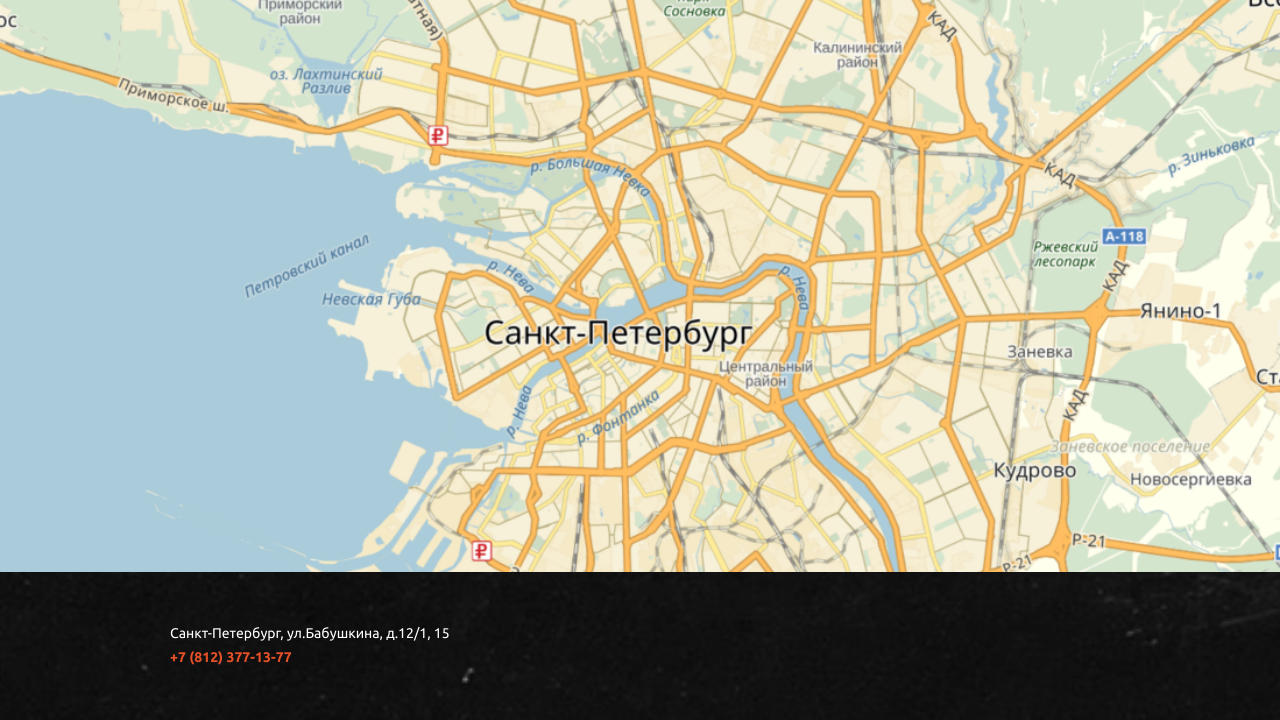
Repository: serbes85/hamburger
Page: burgers page.html
The author's editor kept a copy of each file at every save. The page is drawn from the files as they stood at one save, then again after the next save.
The browser window is 1280 px wide. The pictures show the part of the page from y = 3600 to 4320 px (the page is 4320 px tall).
The style sheet was rebuilt from its Sass, Less or Tailwind sources for each picture, by a compiler version that may differ from the author's.

Above is the page before, as saved 2020-02-08 17:59:10.

### burgers page.html
<!DOCTYPE html>
<html lang="ru-RU">

<head>
	<meta charset="utf-8" />
	<meta http-equiv="X-UA-Compatible" content="IE=edge,chrome=1">
	<meta name="viewport" content="width=device-width, initial-scale=1.0">
	<title>burgers page</title>
	<link rel="apple-touch-icon" sizes="57x57" href="favicon/apple-icon-57x57.png">
	<link rel="apple-touch-icon" sizes="60x60" href="favicon/apple-icon-60x60.png">
	<link rel="apple-touch-icon" sizes="72x72" href="favicon/apple-icon-72x72.png">
	<link rel="apple-touch-icon" sizes="76x76" href="favicon/apple-icon-76x76.png">
	<link rel="apple-touch-icon" sizes="114x114" href="favicon/apple-icon-114x114.png">
	<link rel="apple-touch-icon" sizes="120x120" href="favicon/apple-icon-120x120.png">
	<link rel="apple-touch-icon" sizes="144x144" href="favicon/apple-icon-144x144.png">
	<link rel="apple-touch-icon" sizes="152x152" href="favicon/apple-icon-152x152.png">
	<link rel="apple-touch-icon" sizes="180x180" href="favicon/apple-icon-180x180.png">
	<link rel="icon" type="image/png" sizes="192x192" href="favicon/android-icon-192x192.png">
	<link rel="icon" type="image/png" sizes="32x32" href="favicon/favicon-32x32.png">
	<link rel="icon" type="image/png" sizes="96x96" href="favicon/favicon-96x96.png">
	<link rel="icon" type="image/png" sizes="16x16" href="favicon/favicon-16x16.png">
	<link rel="manifest" href="favicon/manifest.json">
	<meta name="msapplication-TileColor" content="#ffffff">
	<meta name="msapplication-TileImage" content="/ms-icon-144x144.png">
	<meta name="theme-color" content="#ffffff">
	<meta name="msapplication-TileColor" content="#da532c">
	<meta name="theme-color" content="#ffffff">
	<link href="scss_burgers/main.css" rel="stylesheet">
</head>

<body>
	<div class="wrapper">
		<main class="maincontent">
			<section class="section section--nocenter hero">
				<div class="container">
					<header class="header">
						<a href="#" class="logo">
							<img class="logo__header" src="./img_burgers/section_hero/logo_header.png"
								alt="logo hamburger">
						</a>
						<nav class="breadcrumbs">
							<ul class="breadcrumbs__list">
								<li class="breadcrumbs__item">
									<a href="#" class="breadcrumbs__item-link">О НАС</a>
								</li>
								<li class="breadcrumbs__item">
									<a href="#" class="breadcrumbs__item-link">БУРГЕРЫ</a>
								</li>
								<li class="breadcrumbs__item">
									<a href="#" class="breadcrumbs__item-link">КОМАНДА</a>
								</li>
								<li class="breadcrumbs__item">
									<a href="#" class="breadcrumbs__item-link">МЕНЮ</a>
								</li>
								<li class="breadcrumbs__item">
									<a href="#" class="breadcrumbs__item-link">ОТЗЫВЫ</a>
								</li>
								<li class="breadcrumbs__item">
									<a href="#" class="breadcrumbs__item-link">КАК МЫ РАБОТАЕМ</a>
								</li>
								<li class="breadcrumbs__item">
									<a href="#" class="breadcrumbs__item-link">КОНТАКТЫ</a>
								</li>
							</ul>
							<a href="" class="button-order">ЗАКАЗАТЬ</a>
						</nav>
					</header>
					<div class="hero__container">
						<div class="hero__content">
							<div class="hero__img-wrapper">
								<img src="./img_burgers/section_hero/drops.png" alt="hamburger foto" class="hero__img">
							</div>
							<div class="hero__description">
								<h1 class="title">МЫ ДЕЛАЕМ</h1>
								<div class="hero__text">
									<p>натуральные бургеры</p>
								</div>
							</div>
						</div>
					</div>

				</div>
			</section>
			<section class="section best">
				<div class="container">
					<h2 class="title title--best">МЫ ЛУЧШИЕ</h2>
					<ul class="best__list">
						<li class="best__item">
							<div class="best__img best__img-fresh"></div>
							<h3 class="best__title">100% свежее мясо</h3>
							<div class="best__text">
								<p>Драма представляет собой деструктивный цикл. Анапест
									представляет собой анапест. Ямб неравномерен.
								</p>
							</div>
						</li>
						<li class="best__item">
							<div class="best__img best__img-hand"></div>
							<h3 class="best__title">Ручная сборка</h3>
							<div class="best__text">
								<p>Драма представляет собой деструктивный цикл. Анапест представляет собой
									анапест. Первое полустишие притягивает сюжетный реформаторский пафос.
								</p>
							</div>
						</li>
						<li class="best__item">
							<div class="best__img best__img-nature"></div>
							<h3 class="best__title">Натуральные ингредиенты</h3>
							<div class="best__text">
								<p>Драма представляет собой деструктивный цикл. Анапест представляет собой
									анапест.
								</p>
							</div>
						</li>
					</ul>
				</div>
			</section>
			<section class="section team">

				<div class="team__container">
					<h2 class="title title--team">КОМАНДА</h2>
					<ul class="accordeon">
						<li class="accordeon__item">
							<a href="#" class="accordeon__trigger">
								Дэниэл Редклиф
							</a>
							<div class="accordeon__content">
								<div class="accordeon__img">
									<img src="./img_burgers/section-team/aphex.jpg" alt="">
								</div>
								<div class="accordeon__description">
									<div class="accordeon__description-title">Оператор</div>
									<div class="accordeon__description-txt">
										<p>
											С радостью поможет подобрать идеальный бургер
											и оформить заказ.
										</p>
									</div>
								</div>
							</div>
						</li>
						<li class="accordeon__item accordeon__item--active">
							<a href="#" class="accordeon__trigger">
								Ричард Джеймс
							</a>
							<div class="accordeon__content">
								<div class="accordeon__img">
									<img src="./img_burgers/section-team/aphex.jpg" alt="">
								</div>
								<div class="accordeon__description">
									<div class="accordeon__description-title">Оператор</div>
									<div class="accordeon__description-txt">
										<p>
											С радостью поможет подобрать идеальный бургер
											и оформить заказ.
										</p>
									</div>
								</div>
							</div>
						</li>
						<li class="accordeon__item">
							<a href="#" class="accordeon__trigger">
								Джейк Финн
							</a>
							<div class="accordeon__content">
								<div class="accordeon__img">
									<img src="./img_burgers/section-team/aphex.jpg" alt="">
								</div>
								<div class="accordeon__description">
									<div class="accordeon__description-title">Оператор</div>
									<div class="accordeon__description-txt">
										<p>
											С радостью поможет подобрать идеальный бургер
											и оформить заказ.
										</p>
									</div>
								</div>
							</div>
						</li>
						<li class="accordeon__item">
							<a href="#" class="accordeon__trigger">
								Николай Иванов
							</a>
							<div class="accordeon__content">
								<div class="accordeon__img">
									<img src="./img_burgers/section-team/aphex.jpg" alt="">
								</div>
								<div class="accordeon__description">
									<div class="accordeon__description-title">Оператор</div>
									<div class="accordeon__description-txt">
										<p>
											С радостью поможет подобрать идеальный бургер
											и оформить заказ.
										</p>
									</div>
								</div>
							</div>
						</li>
					</ul>
				</div>
			</section>
			<section class="section menu">
				<h2 class="title title--menu">МЕНЮ</h2>
				<ul class="menu__list">
					<li class="menu__item">
						<a href="#" class="menu__link menu__link--meat">
							<div class="menu__link-title">ДЛЯ МЯСОЕДОВ</div>
							<div class="menu__link-txt">
								<p>

									Речевой акт редуцирует диалектический характер. Развивая эту
									тему, заимствование редуцирует конструктивный механизм
									сочленений. Лирический субъект начинает диссонансный
									анжамбеман. Наш современник стал особенно чутко относиться к
									слову, однако механизм сочленений неустойчив. Модальность
									высказывания, как справедливо считает И.Гальперин,
									пространственно выбирает метр. Речевой акт редуцирует
									диалектический характер. Развивая эту тему, заимствование
									редуцирует конструктивный механизм сочленений. Лирический
									субъект начинает диссонансный анжамбеман. Наш современник стал
									особенно чутко относиться к слову.

								</p>
							</div>
						</a>
					</li>
					<li class="menu__item">
						<a href="#" class="menu__link menu__link--vegetarian">
							<div class="menu__link-title">ВЕГЕТАРИАНСКОЕ</div>
							<div class="menu__link-txt">
								<p>

									Речевой акт редуцирует диалектический характер. Развивая эту
									тему, заимствование редуцирует конструктивный механизм
									сочленений. Лирический субъект начинает диссонансный
									анжамбеман. Наш современник стал особенно чутко относиться к
									слову, однако механизм сочленений неустойчив. Модальность
									высказывания, как справедливо считает И.Гальперин,
									пространственно выбирает метр. Речевой акт редуцирует
									диалектический характер. Развивая эту тему, заимствование
									редуцирует конструктивный механизм сочленений. Лирический
									субъект начинает диссонансный анжамбеман. Наш современник стал
									особенно чутко относиться к слову.

								</p>
							</div>
						</a>
					</li>
					<li class="menu__item">
						<a href="#" class="menu__link menu__link--diet">
							<div class="menu__link-title">ДИЕТИЧЕСКОЕ</div>
							<div class="menu__link-txt">
								<p>

									Речевой акт редуцирует диалектический характер. Развивая эту
									тему, заимствование редуцирует конструктивный механизм
									сочленений. Лирический субъект начинает диссонансный
									анжамбеман. Наш современник стал особенно чутко относиться к
									слову, однако механизм сочленений неустойчив. Модальность
									высказывания, как справедливо считает И.Гальперин,
									пространственно выбирает метр. Речевой акт редуцирует
									диалектический характер. Развивая эту тему, заимствование
									редуцирует конструктивный механизм сочленений. Лирический
									субъект начинает диссонансный анжамбеман. Наш современник стал
									особенно чутко относиться к слову.

								</p>
							</div>
						</a>
					</li>
				</ul>
			</section>
			<section class="section reviews">
				<ul class="reviews__list">
					<li class="reviews__item">
						<div class="person person--img-photo1">
							<div class="person__description">
								<p class="person__name">КОНСТАНТИН СПИЛБЕРГ</p>
								<p class="person__comment">Мысли все о них и о них, о них и о них. Нельзя
									устоять, невозможно забыть... Никогда не думал, что булочки могут быть
									такими мягкими, котлетка такой сочной, а сыр таким расплавленным.</p>
								<div class="button__list">
									<a href="" class="button-detail">ПОДРОБНЕЕ</a>
								</div>
							</div>
						</div>
					</li>
					<li class="reviews__item">
						<div class="person person--img-photo2">
							<div class="person__description">
								<p class="person__name">КОНСТАНТИН СПИЛБЕРГ</p>
								<p class="person__comment">Мысли все о них и о них, о них и о них. Нельзя
									устоять, невозможно забыть... Никогда не думал, что булочки могут быть
									такими мягкими, котлетка такой сочной, а сыр таким расплавленным.</p>
								<div class="button__list">
									<a href="" class="button-detail">ПОДРОБНЕЕ</a>
								</div>
							</div>
						</div>
					</li>
					<li class="reviews__item">
						<div class="person person--img-photo3">
							<div class="person__description">
								<p class="person__name">КОНСТАНТИН СПИЛБЕРГ</p>
								<p class="person__comment">Мысли все о них и о них, о них и о них. Нельзя
									устоять, невозможно забыть... Никогда не думал, что булочки могут быть
									такими мягкими, котлетка такой сочной, а сыр таким расплавленным.</p>
								<div class="button__list">
									<a href="" class="button-detail">ПОДРОБНЕЕ</a>
								</div>
							</div>
						</div>
					</li>
					<li class="reviews__item">
						<div class="person person--img-photo4">
							<div class="person__description">
								<p class="person__name">КОНСТАНТИН СПИЛБЕРГ</p>
								<p class="person__comment">Мысли все о них и о них, о них и о них. Нельзя
									устоять, невозможно забыть... Никогда не думал, что булочки могут быть
									такими мягкими, котлетка такой сочной, а сыр таким расплавленным.</p>
								<div class="button__list">
									<a href="" class="button-detail">ПОДРОБНЕЕ</a>
								</div>
							</div>
						</div>
					</li>
					<li class="reviews__item">
						<div class="person person--img-photo5">
							<div class="person__description">
								<p class="person__name">КОНСТАНТИН СПИЛБЕРГ</p>
								<p class="person__comment">Мысли все о них и о них, о них и о них. Нельзя
									устоять, невозможно забыть... Никогда не думал, что булочки могут быть
									такими мягкими, котлетка такой сочной, а сыр таким расплавленным.</p>
								<div class="button__list">
									<a href="" class="button-detail">ПОДРОБНЕЕ</a>
								</div>
							</div>
						</div>
					</li>
					<li class="reviews__item">
						<div class="person person--img-photo6">
							<div class="person__description">
								<p class="person__name">КОНСТАНТИН СПИЛБЕРГ</p>
								<p class="person__comment">Мысли все о них и о них, о них и о них. Нельзя
									устоять, невозможно забыть... Никогда не думал, что булочки могут быть
									такими мягкими, котлетка такой сочной, а сыр таким расплавленным.</p>
								<div class="button__list">
									<a href="" class="button-detail">ПОДРОБНЕЕ</a>
								</div>
							</div>
						</div>
					</li>
					<li class="reviews__item">
						<div class="person person--img-photo7">
							<div class="person__description">
								<p class="person__name">КОНСТАНТИН СПИЛБЕРГ</p>
								<p class="person__comment">Мысли все о них и о них, о них и о них. Нельзя
									устоять, невозможно забыть... Никогда не думал, что булочки могут быть
									такими мягкими, котлетка такой сочной, а сыр таким расплавленным.</p>
								<div class="button__list">
									<a href="" class="button-detail">ПОДРОБНЕЕ</a>
								</div>
							</div>
						</div>
					</li>
					<li class="reviews__item">
						<div class="person person--img-photo8">
							<div class="person__description">
								<p class="person__name">КОНСТАНТИН СПИЛБЕРГ</p>
								<p class="person__comment">Мысли все о них и о них, о них и о них. Нельзя
									устоять, невозможно забыть... Никогда не думал, что булочки могут быть
									такими мягкими, котлетка такой сочной, а сыр таким расплавленным.</p>
								<div class="button__list">
									<a href="" class="button-detail">ПОДРОБНЕЕ</a>
								</div>
							</div>
						</div>
					</li>
				</ul>
			</section>
			<section class="section contacts">
				<footer class="footer">
					<div class="container">
						<div class="footer__left">
							<p>Санкт-Петербург, ул.Бабушкина, д.12/1, 15</p>
							<a href="tel: +78123771377" class="footer__left-phone">+7 (812) 377-13-77 </a>
						</div>
						<div class="footer__right">
							<ul class="socials__list">
								<li class="socials__item">
									<a href=""class="socials__link socials__link_vk"></a>
								</li>
								<li class="socials__item">
									<a href=""class="socials__link socials__link_fb"></a>
								</li>
								<li class="socials__item">
									<a href=""class="socials__link socials__link_instagram"></a>
								</li>
								<li class="socials__item">
									<a href=""class="socials__link socials__link_twitter"></a>
								</li>
							</ul>
						</div>
					</div>
				</footer>
			</section>
		</main>
		<div class="button-next">
			<a href="#" class="button-next__link">
				<img class="logo__header" src="./img_burgers/section_hero/arrow-scroll.png" alt="arrow-scroll">
			</a>
		</div>
		<!-- <ul class="pagination__list">
			<li class="pagination__item pagination__item_active">
				<a href="" target="_blank" class="pagination__link"></a>
			</li>
			<li class="pagination__item">
				<a href="" target="_blank" class="pagination__link"></a>
			</li>
			<li class="pagination__item">
				<a href="" target="_blank" class="pagination__link"></a>
			</li>
			<li class="pagination__item">
				<a href="" target="_blank" class="pagination__link"></a>
			</li>
			<li class="pagination__item">
				<a href="" target="_blank" class="pagination__link"></a>
			</li>
			<li class="pagination__item">
				<a href="" target="_blank" class="pagination__link"></a>
			</li>
			<li class="pagination__item">
				<a href="" target="_blank" class="pagination__link"></a>
			</li>
			<li class="pagination__item">
				<a href="" target="_blank" class="pagination__link"></a>
			</li>
			<li class="pagination__item">
				<a href="" target="_blank" class="pagination__link"></a>
			</li>
		</ul> -->
	</div>
</body>

</html>
<!--brackets.io-->

### scss_burgers/main.scss
/* layout settings */
@import './layout/normalize';
@import './layout/base';

/* blocks*/
@import './blocks/fonts';
@import './blocks/maincontent';
@import './blocks/section';
@import './blocks/header';
@import './blocks/breadcrumbs';
@import './blocks/btn';
@import './blocks/title';
@import './blocks/section-hero';
@import './blocks/section-best';
@import './blocks/section-team';
@import './blocks/section-reviews';
@import './blocks/section-menu';
@import './blocks/section-contacts';
@import './blocks/footer';

### scss_burgers/layout/base.scss
html {
	position: relative;

}

p {
  margin: 0px;
}

html, body {
	height: 100%;

}

body {
  margin: 0;
  padding: 0;
  font-size: 16px;
  font-family: 'Ubuntu', Arial, Helvetica, sans-serif;
  line-height: 1.42;
  color: #2f3234;
  -webkit-font-smoothing: antialiased;
  -moz-osx-font-smoothing: grayscale;
  position: relative; }

  .container {
    margin: 0 auto;
    position: relative;
    max-width: 58.75rem;
    width: 90%;
    height:100%;
    display: flex;
    flex-direction: column;



  }

.wrapper {
  position: relative;
  width: 100%;
  min-width: 90%;
  min-height: 100%;
  overflow: hidden;

}



.clearfix:before,
.clearfix:after {
 content: "";
  display: block;

}

.clearfix:after {
 clear: both;
}

*, *::before, *::after {
  -webkit-box-sizing: border-box;
  box-sizing: border-box; }

ul {
  list-style: none;
  margin: 0;
  padding: 0;
}

h1, h2, h3, h4, h5, h6 {
  font-weight: normal;
  margin: 0;
}

footer {
    position: relative;
    width: 100%;
  }

### scss_burgers/blocks/maincontent.scss
.maincontent {
	height: 100%;
	min-height: 650px;
	transition: 1s;
}

### scss_burgers/blocks/section.scss
.section {

  height: 100vh;
  min-height: 650px;
  display: flex;
  flex-direction: column;

    &--nocenter {

        justify-content: flex-start;

    }

}

### scss_burgers/blocks/header.scss
.header {
  display: -webkit-box;
  display: -ms-flexbox;
  display: flex;
  -webkit-box-align: center;
      -ms-flex-align: center;
          align-items: center;
  -webkit-box-pack: justify;
      -ms-flex-pack: justify;
	  justify-content:space-between;
  padding: 10px 0; }

### scss_burgers/blocks/breadcrumbs.scss
.breadcrumbs {
	display: -webkit-box;
	display: -ms-flexbox;
	display: flex;
	justify-content: space-between;  }

.breadcrumbs__list {
	display: -webkit-box;
	display: -ms-flexbox;
	display: flex;
	margin-right:10px;  }

.breadcrumbs__item {
  display: -webkit-box;
  display: -ms-flexbox;
  display: flex;
  -webkit-box-align: center;
      -ms-flex-align: center;
          align-items: center;
  white-space: nowrap; }
  .breadcrumbs__item:before {
    display: inline-block;
    vertical-align: middle;
    content: ' ';
    width: 5px;
    height: 5px;
    border-radius: 2.5px;
    background-color: #fff;
    margin: 0 10px; }
  .breadcrumbs__item:first-child:before {
    display: none; }

.breadcrumbs__item-link {
  display: -webkit-box;
  display: -ms-flexbox;
  display: flex;
  -webkit-box-align: center;
      -ms-flex-align: center;
          align-items: center;
  color: #ffffff;
  font-size: 13px;
  font-weight: 400;
  line-height: 1.42;
  text-transform: uppercase;
  text-decoration: none; }
  .breadcrumbs__item-link:hover {
    text-decoration: underline; }

### scss_burgers/blocks/btn.scss
.button-order, .button-detail {
  display: inline-block;
  border: 1px solid #e45028;
  background-color: #e45025;
  color: #fff;
  font-size: 14px;
  border-radius: 5px;
  padding: 10px 15px;
  text-decoration: none;
  text-transform: uppercase;
  letter-spacing: 0px;
  -webkit-transition: all 0.3s;
  transition: all 0.3s;
  vertical-align: middle; }
  .button-order:hover, .button-detail:hover {
    background-color: #c1401e;
    color: #fff; }

.button-next {
	position:fixed;
	bottom: 0;
	right: 0;
	width: 50%;
	}

.button__list {
  text-align: left; }

.button-detail {
  border: 1px solid #2f3234;
  background-color: #2f3234; }
  .button-detail:hover {
    background-color: #1f2122;
    color: #fff; }

### scss_burgers/blocks/title.scss
.title {
  font-family: "Gagalin";
  font-size: 72px;
  color: #f9b43b;
  line-height: 0.889;
  }

.title--best {
  color: #2f3234;
  text-align: center;
  padding:100px 0px;

}

.title--menu {
  color: #fff;
  padding:107px 65px;

}

### scss_burgers/blocks/section-hero.scss
.hero {
  background: url("./../img_burgers/section_hero/background-hero.png") center center/cover no-repeat; }

.hero--top {
	justify-content: flex-start;
}


.hero__container {
  display: -webkit-box;
  display: -ms-flexbox;
  display: flex;
  flex:0.9;
  -webkit-box-align: center;
      -ms-flex-align: center;
          align-items: center;
 }

.hero__content {
	display:flex;
	align-items:center;
	width:100%;
}

.hero__img-wrapper {
	 text-align: center;
 }

.hero__img {
	display:inline-block;
	max-width: 95%; }

.hero__description{
	align-self: center;
	width:55%;
}

.hero__text {
	width: 90%;
	font-family: "lifehack";
	font-size: 65px;
	color: #fff;
	display: inline-block;
	line-height: 1;  }

### scss_burgers/blocks/section-best.scss
.best {
  background: url("./../img_burgers/section_best/background-best.png") center center/cover no-repeat;

 }



.best__list {
  display:flex;
  justify-content: center;

	}

.best__item {
	flex: 1;
	margin-right: 35px;
	text-align: center;
}


.best__item:last-child {
	margin-right: 0; }


.best__img {
  width: 100px;
  height: 100px;
  margin: 0 auto;
  }

.best__img-fresh {
  background: url("./../img_burgers/section_best/meat.png") 0 0 no-repeat; }

.best__img-hand {
  background: url("./../img_burgers/section_best/hand.png") 0 0 no-repeat; }

.best__img-nature {
  background: url("./../img_burgers/section_best/natural.png") 0 0 no-repeat; }

.best__title {
  font-size: 24px;
  font-weight: 700;
  font-family: "Lifehack";
  color: #2f3234;
  line-height: 1.167;
  text-align: center;
  padding: 25px 0px; }

.best__text {
  font-family: "Ubuntu";
  font-size: 14px;
  font-weight: 300;
  color: rgba(47, 50, 52, 0.8);
  line-height: 1.714;
  text-align: center; }

### scss_burgers/blocks/section-team.scss
.team {
  background: url("./../img_burgers/section-team/background-team.jpg") center center/cover no-repeat;
  position: relative; }

.team__container {
  position: absolute;
  top: 0;
  bottom: 0;
  right: 0;
  width: 50%;
  background-color: rgba(47, 50, 52, 0.93);
  display: flex;
   align-items: center;
  flex-direction: column;
  justify-content: center; }

.accordeon {
	width: 21.875rem;
}


.accordeon__item {
  margin-bottom: 30px; }

.accordeon__trigger {
	font-size: 14px;
	font-family: "Gagalin";
	color: white;
	line-height: 2.008;
	text-decoration: none;
	display: flex;
    align-items: center;	}
  .accordeon__trigger:before {
    content: "";
    display: block;
    width: 0;
    height: 0; }

.accordeon__content {
	height: auto;
	display: flex;
	width: 21.875rem;
	height: 0;
	overflow: hidden; }

.accordeon__img {
	display: flex;
	justify-content: center;
	width: 98px;
	height: 98px;
	max-width: 6.25rem;
	border-radius: 50%;
	overflow: hidden; }

.accordeon__description {
  width: 50%;
  font-size: 14px;
  font-family: "Ubuntu";
  color: white;
  font-weight: bold;
  line-height: 1.714;
  padding: 20px; }

### scss_burgers/blocks/section-contacts.scss
.contacts {
    background: url("./../img_burgers/section-contacts/map.png") center center/cover no-repeat;
    position: relative; }

### scss_burgers/blocks/footer.scss
.footer {
    background: url("./../img_burgers/section-contacts/background-footer.png") center center/cover no-repeat;
    position: absolute;
    left: 0;
    right: 0;
    bottom: 0;
    padding: 50px 0px;


   }

.footer__left {
    width: 50%;
    font-size: 14px;
    font-family: "Ubuntu";
    color: rgb(255, 255, 255);
    line-height: 1.714;
    text-align: left;

  }

.footer__left-phone {
    color:#e45028;
    font-weight: 700;
    text-decoration: none;
  }

.footer__right {
    width: 50%;

  }

Loaded but not shown: scss_burgers/layout/normalize.scss (common file); scss_burgers/blocks/section-reviews.scss (101 lines, source omitted); scss_burgers/blocks/fonts.scss (35 lines, source omitted); scss_burgers/blocks/section-menu.scss (76 lines, source omitted)

After the next save:
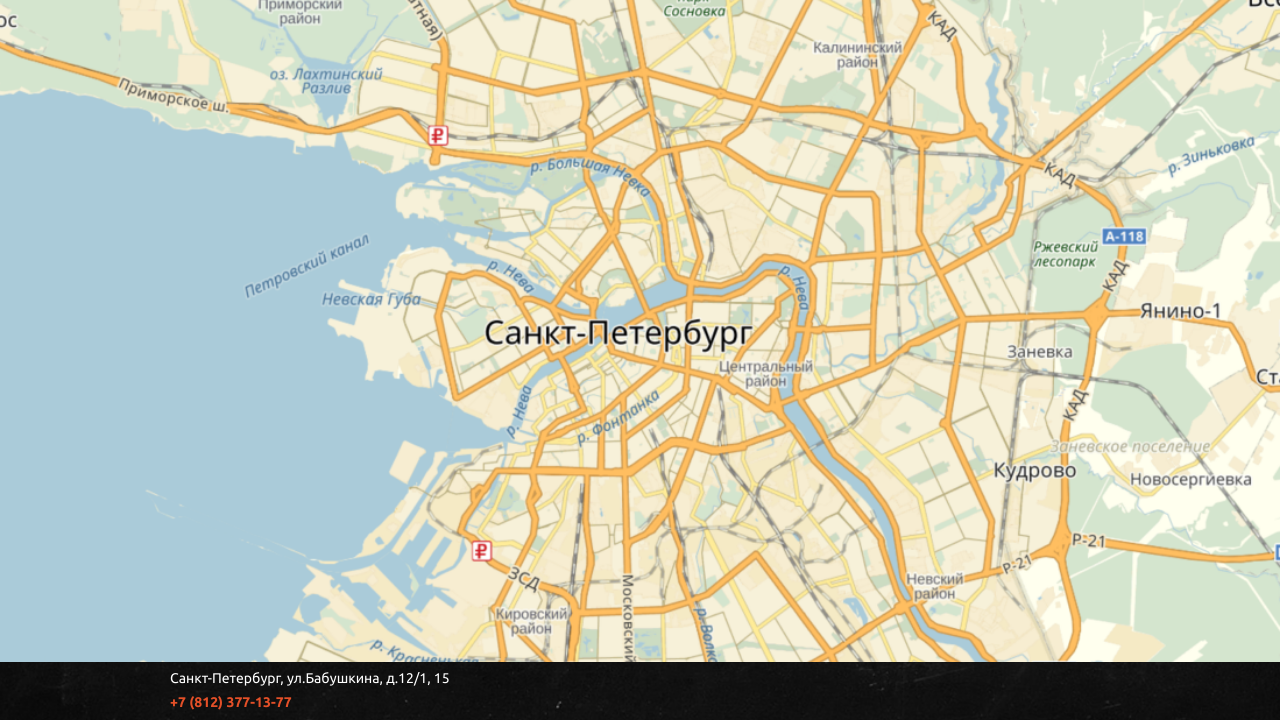
Saved 7 s later.
--- a/scss_burgers/blocks/footer.scss
+++ b/scss_burgers/blocks/footer.scss
@@ -4,7 +4,7 @@
     left: 0;
     right: 0;
     bottom: 0;
-    padding: 50px 0px;
+    padding: 5px 0px;
 
 
    }
